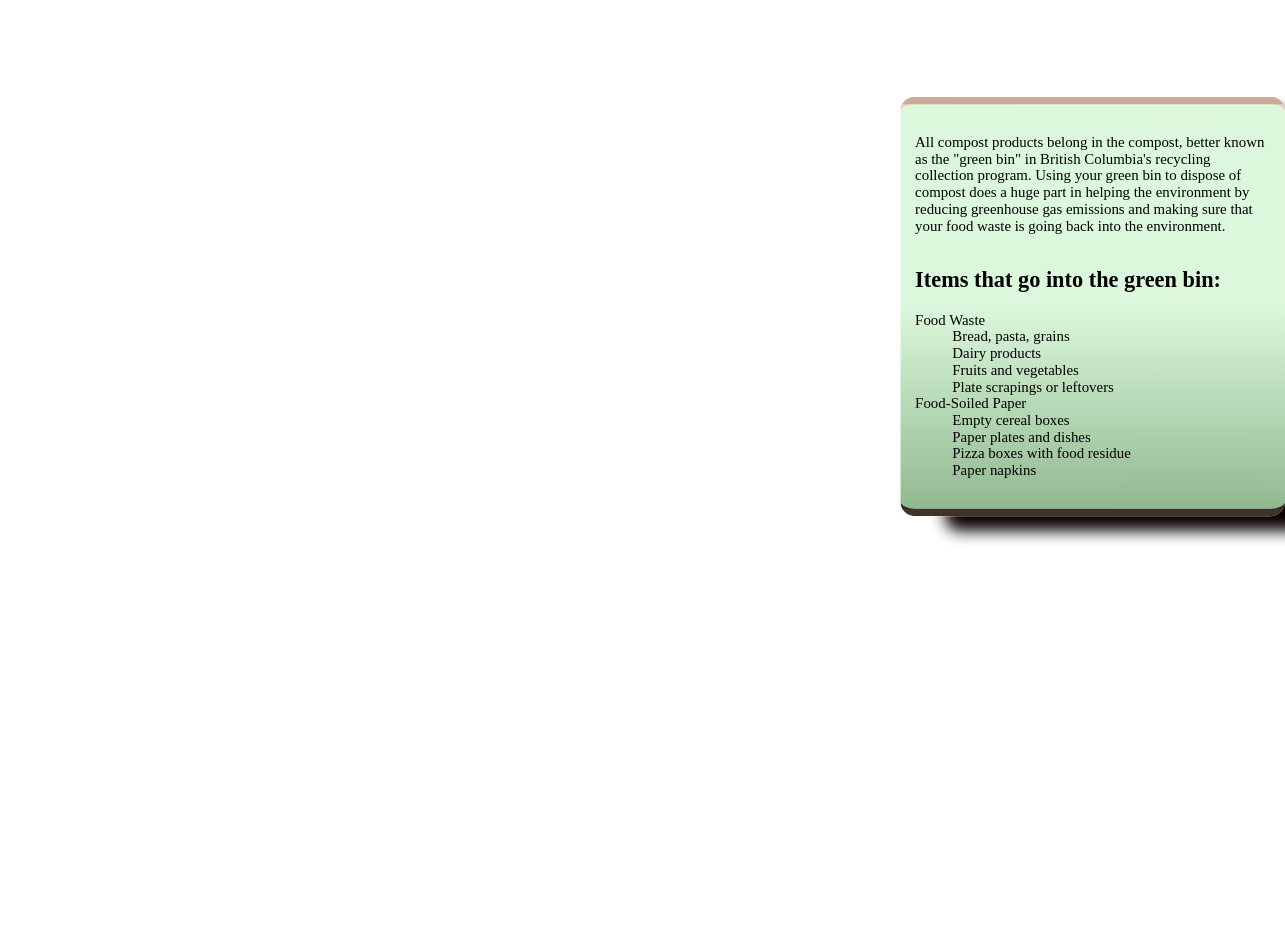
Repository: alemunden/Trash-Scavengers
Page: /InfoCompost
These files come from the project's save history. The page is drawn as it stood at one moment and after the next save; the edit follows.
The browser window is 1280 px wide. The page is 1382 px wide, so the pictures cover 1382 px, including what lies to the right of the window. The pictures show the whole page, at 93% of full size.
The project was rebuilt for these pictures with package versions that can differ from the ones it lists, and the page was loaded fresh each time. The framework's server and built-in components were replaced by stand-ins that run in the browser. Also part of the build but not shown: next.config.mjs.

Above is the page before, as saved 2024-05-07 15:00:42.

After the next save:
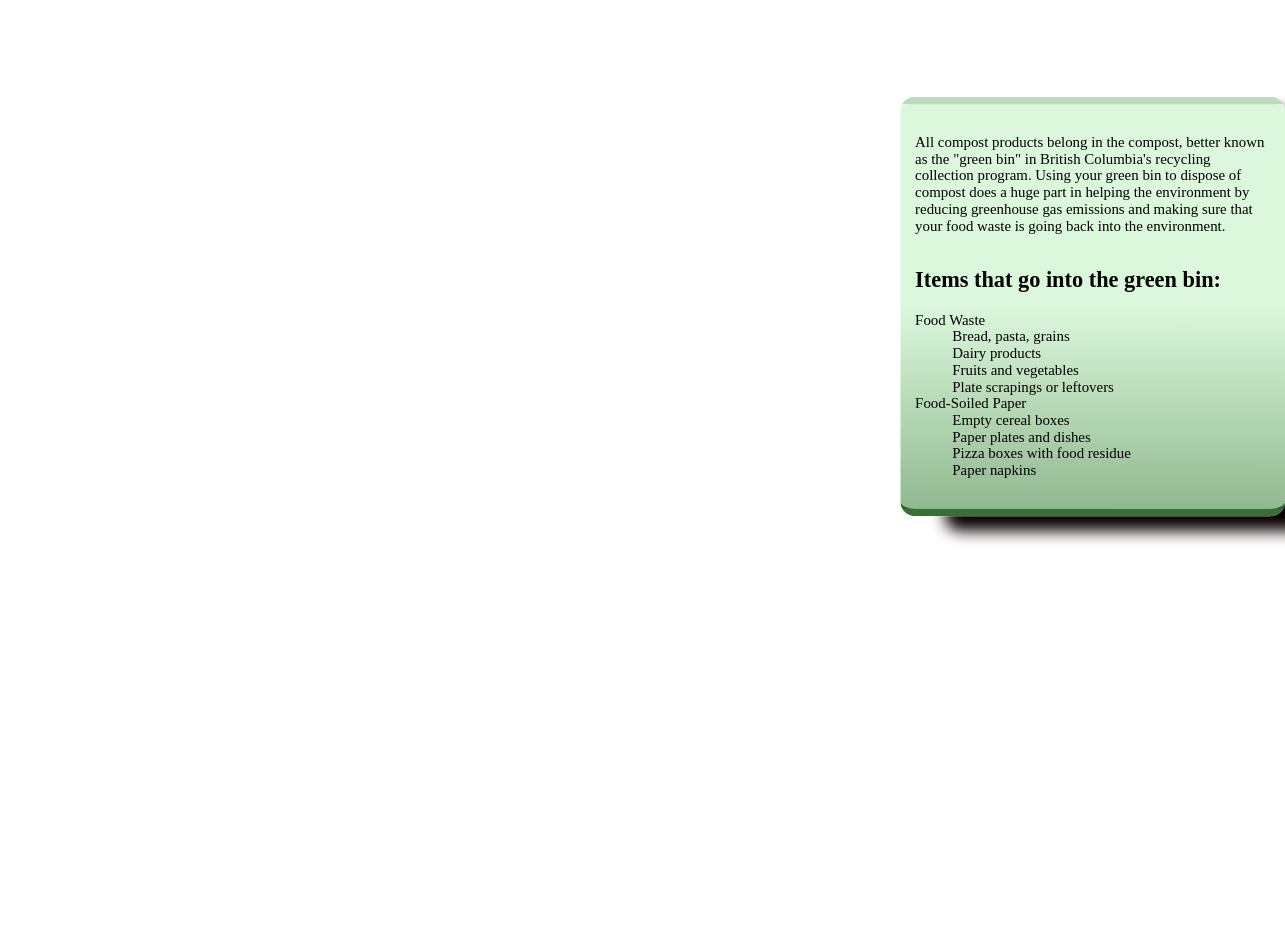
Saved 45 s later.
--- a/styles/InfoCompost.module.css
+++ b/styles/InfoCompost.module.css
@@ -6,7 +6,7 @@
     flex-direction: column;
     background-image: linear-gradient(180deg, rgba(185, 240, 185,0.5) 50%, rgba(35, 115, 35, 0.5) 100%);
     border-radius: 1rem;
-    border-top: 0.5rem solid rgba(255, 159, 159, 0.5);
-    border-bottom: 0.5rem solid rgba(26, 0, 0, 0.8);
+    border-top: 0.5rem solid rgba(236, 251, 236, 0.5);
+    border-bottom: 0.5rem solid rgba(16, 78, 16, 0.8);
     box-shadow: 3rem 1rem 1rem #0b0000;
 }
